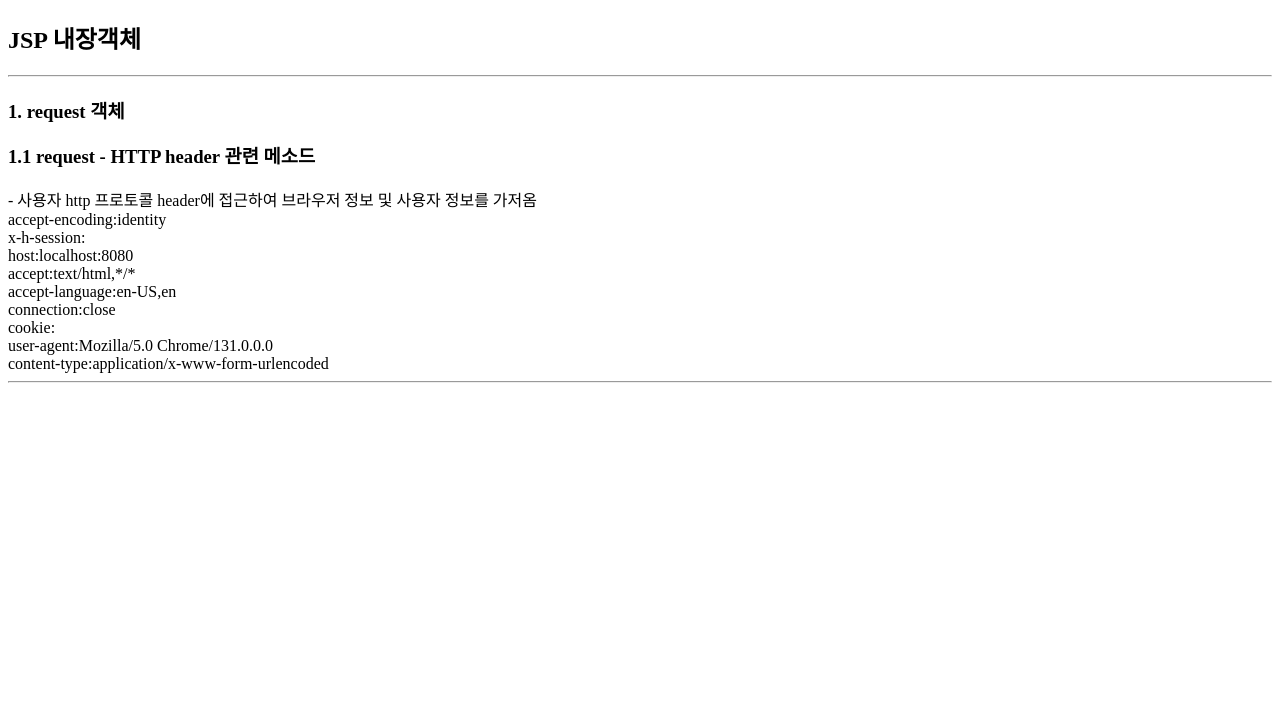
Repository: pcc767/khSchool
Page: http://localhost/04_JSP/views/objects/index.jsp
An editor plug-in stored every save of this project. The page is shown before and after the next save, followed by the edit.
The browser window is 1280 px wide. The pictures show the whole page.
The page is served by Tomcat 9.

Above is the page before, as saved 2022-07-14 06:59:11.

### dev-source_Servlet/04_JSP/src/main/webapp/views/objects/index.jsp
<%@page import="java.util.Enumeration"%>
<%@ page language="java" contentType="text/html; charset=UTF-8"
    pageEncoding="UTF-8"%>
<!DOCTYPE html>
<html>
<head>
<meta charset="UTF-8">
<title>Insert title here</title>
</head>
<body>

	<h2>JSP 내장객체</h2>
	<hr>

	<h3>1. request 객체</h3>
	<h3>1.1 request - HTTP header 관련 메소드</h3>
		- 사용자 http 프로토콜 header에 접근하여 브라우저 정보 및 사용자 정보를 가저옴<br>

	<%
		Enumeration<String> names = request.getHeaderNames();

		while(names.hasMoreElements()){
			String name = names.nextElement();
			out.append(name + ":" + request.getHeader(name)+"<br>");
		}
	%>
	<hr><br>

</body>
</html>

After the next save:
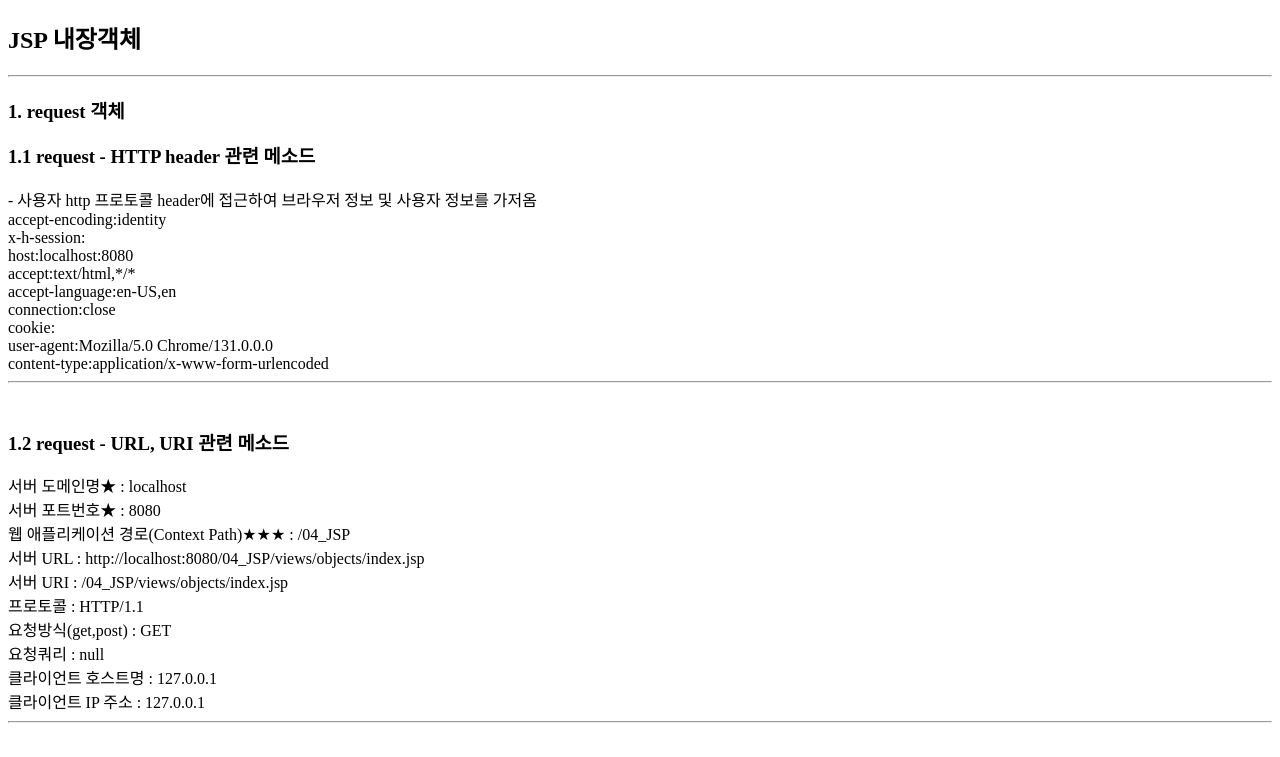
Saved 3 min 24 s later.
--- a/dev-source_Servlet/04_JSP/src/main/webapp/views/objects/index.jsp
+++ b/dev-source_Servlet/04_JSP/src/main/webapp/views/objects/index.jsp
@@ -26,5 +26,19 @@
 	%>
 	<hr><br>
 
+	<h3>1.2 request - URL, URI 관련 메소드</h3>
+		서버 도메인명★ : <%= request.getServerName() %><br>
+		서버 포트번호★ : <%= request.getServerPort() %><br>
+		웹 애플리케이션 경로(Context Path)★★★ : <%= request.getContextPath() %><br>
+		서버 URL : <%= request.getRequestURL() %><br>
+		서버 URI : <%= request.getRequestURI() %><br>
+		프로토콜 : <%= request.getProtocol() %><br>
+		요청방식(get,post) : <%= request.getMethod() %><br>
+		요청쿼리 : <%= request.getQueryString() %><br>
+		클라이언트 호스트명 : <%= request.getRemoteHost() %><br>
+		클라이언트 IP 주소 : <%= request.getRemoteAddr() %><br>
+	<hr><br>
+
+
 </body>
 </html>
